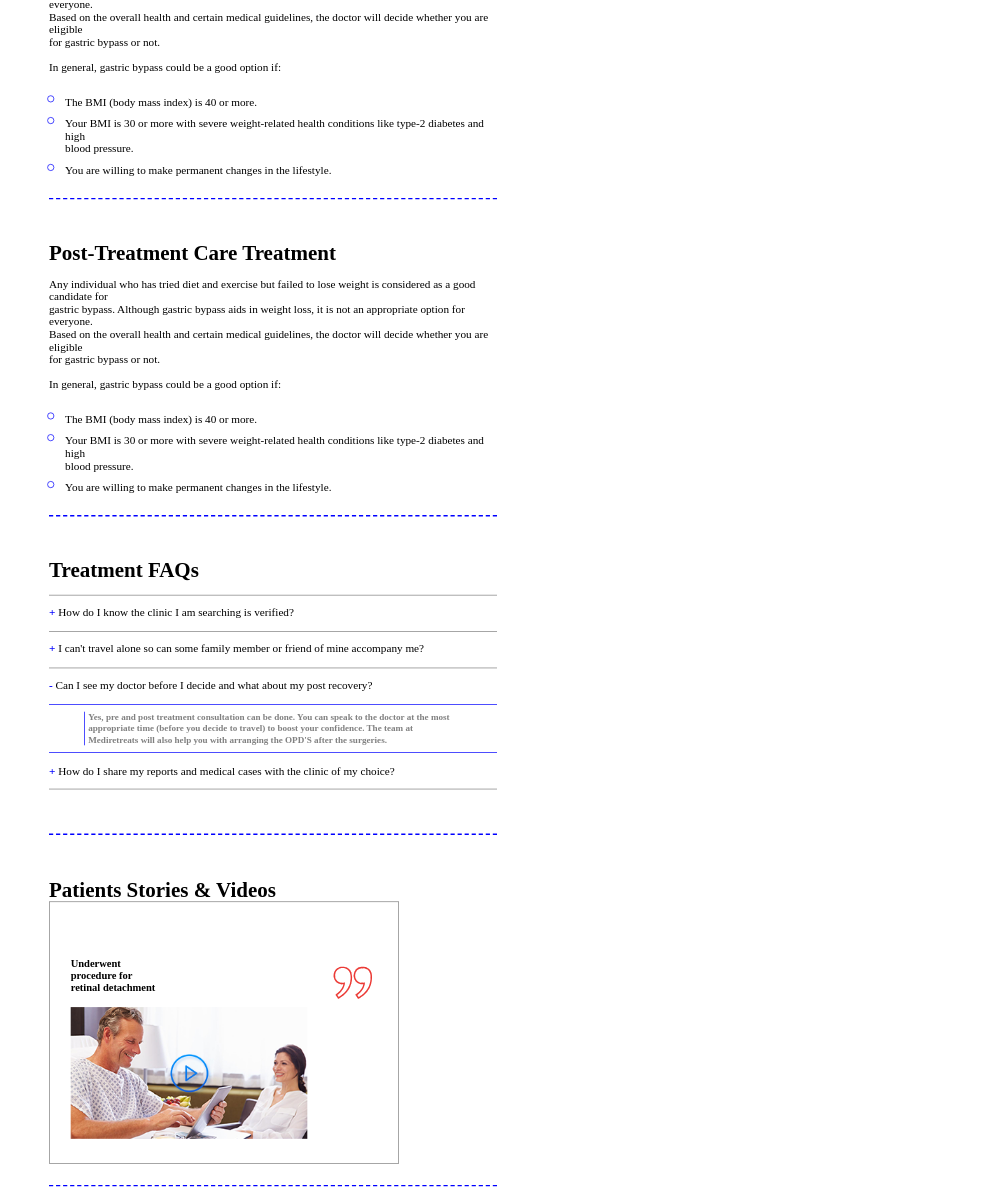
Repository: hetuk2005/webDevelopment
Page: Projects/Aafiya.html
An editor plug-in stored every save of this project. The page is shown before and after the next save, followed by the edit.
The browser window is 1280 px wide. The page is 1438 px wide, so the pictures cover 1438 px, including what lies to the right of the window. The pictures show the part of the page from y = 2864 to 4584 px (the page is 4569 px tall before and 4584 px after), at 70% of full size.

Above is the page before, as saved 2025-04-08 10:36:38.

### Projects/Aafiya.html
<!DOCTYPE html>
<html lang="en">

<head>
    <meta charset="UTF-8" />
    <meta name="viewport" content="width=device-width, initial-scale=1.0" />
    <title>Hetuk</title>
    <link rel="stylesheet" href="./CSS/Aafiya.css" />
</head>

<body>
    <nav>
        <div class="child1">
            <div class="images">
                <img src="./Images/Aafiya Logo.svg" alt="Aafiya Logo" class="img1" /><br />
                <img src="./Images/Logo 2.png" alt="Logo" class="img2" />
            </div>
            <div class="image_text">
                <div class="book_text">
                    <img src="./Images/Book.svg" alt="Book" class="img3" />
                    <div class="grid">
                        <br />
                        <p class="text">Second Medical Option</p>
                        <p class="text1">Book Consultation</p>
                    </div>
                </div>
                <div class="call_text">
                    <img src="./Images/Call.svg" alt="Call" class="img4" /><br />
                    <div class="grid">
                        <br />
                        <p class="text">Call Us On</p>
                        <p class="text1">985 896 2222</p>
                    </div>
                </div>
                <div class="mail_text">
                    <img src="./Images/Mail.png" alt="Mail" class="img5" />
                    <div class="grid">
                        <br />
                        <p class="text">Email Us On</p>
                        <p class="text1">info@mediretreats.com</p>
                    </div>
                </div>
                <div class="India">
                    <img src="./Images/India.svg" alt="India Flag" class="img6" />
                    <img src="./Images/Dropdown Arrow.svg" alt="Dropdown Arrow" class="img7" />
                </div>
            </div>
        </div>
        <div class="child2">
            <ul>
                <li>Home</li>
                <li>About Us</li>
                <li>Treatments +</li>
                <li>Destinations +</li>
                <li>Hospitals</li>
                <li>FAQs</li>
                <li>Blog</li>
                <li>Request A Quote</li>
            </ul>
            <input type="search" placeholder="Search" />
        </div>
    </nav>
    <div class="home_img">
        <div class="home_child">
            <p class="home_content">Home</p>
            <span> > </span>
            <p class="home_content">Treatments</p>
            <span> > </span>
            <p class="home_content">Orthopaedics</p>
            <span> > </span>
            <p class="home_content">Knee Replacement</p>
        </div>
        <br />
        <h3>Total Knee Replacement</h3>
        <p class="home_description">
            Total knee replacement is a surgery to remove and replace the whole<br /> damaged knee joint with an artificial joint.
        </p>
        <br />
        <button class="enquire_now">Enquire Now</button>
    </div>
    <div class="nav2">
        <ul>
            <li class="list">Overview</li>
            <li>Eligibility</li>
            <li>Preparation</li>
            <li>About Treatment</li>
            <li>Post-Treatment Care</li>
            <li>Recovery Tips</li>
            <li>FAQs</li>
            <li>Patients Stories</li>
        </ul>
    </div>
    <div class="treatment_overview">
        <div class="treatment_text">
            <h3>Treatment Overview</h3>
            <br />
            <p>
                Lorem ipsum dolor sit amet consectetur adipisicing elit.<br /> Earum, culpa vel debitis incidunt non quis.
            </p>
            <br />
            <p>
                Lorem ipsum dolor sit amet consectetur adipisicing elit.<br /> aliquam repudiandae, corporis consectetur dolorem eum.<br /> facilis quasi, praesentium inventore expedita quo hic.
            </p>
            <br />
            <p>
                Lorem ipsum dolor sit amet culpa vel debitis<br /> consectetur, adipisicing elit. Adipisci, nemo.
            </p>
            <br />
        </div>
        <div class="treatment_img">
            <img src="./Images/treatment_overview (1).jpg" alt="Image" />
        </div>
    </div>
    <div class="eligibility_for_treatment">
        <div class="eligibility_text">
            <h3>Eligibility For Treatment</h3>
            <br />
            <p>
                Any individual who has tried diet and exercise but failed to lose weight is considered as a good candidate for<br /> gastric bypass. Although gastric bypass aids in weight loss, it is not an appropriate option for everyone.<br /> Based
                on the overall health and certain medical guidelines, the doctor will decide whether you are eligible<br /> for gastric bypass or not.
            </p>
            <br />
            <p>In general, gastric bypass could be a good option if:</p>
            <br />
            <ul>
                <li>The BMI (body mass index) is 40 or more.</li>
                <li>
                    Your BMI is 30 or more with severe weight-related health conditions like type-2 diabetes and high<br /> blood pressure.
                </li>
                <li>You are willing to make permanent changes in the lifestyle.</li>
            </ul>
        </div>
        <br /><br /><br />
        <div class="eligibility_form">
            <h3>Need Help?</h3>
            <br />
            <p>
                Just let us know. We will be happy to<br /> assist you.
            </p>
            <br /><br />
            <form>
                <input type="text" placeholder="Full Name" /><br /><br />
                <input type="email" placeholder="Email" /><br /><br />
                <input type="tel" placeholder="Phone Number" /><br /><br />
                <input type="textarea" placeholder="Describe Your Treatment Requirement" class="textarea" /><br /><br />
                <button class="Enquiry">Send Enquiry</button>
            </form>
        </div>
    </div>
    <div class="preparation_of_treatment">
        <h3>Preparation Of Treatment</h3>
        <br />
        <p>
            Any individual who has tried diet and exercise but failed to lose weight is considered as a good candidate for<br /> gastric bypass. Although gastric bypass aids in weight loss, it is not an appropriate option for everyone.<br /> Based on
            the overall health and certain medical guidelines, the doctor will decide whether you are eligible<br /> for gastric bypass or not.
        </p>
        <br />
        <p>In general, gastric bypass could be a good option if:</p>
        <br />
        <ul>
            <li>The BMI (body mass index) is 40 or more.</li>
            <li>
                Your BMI is 30 or more with severe weight-related health conditions like type-2 diabetes and high<br /> blood pressure.
            </li>
            <li>You are willing to make permanent changes in the lifestyle.</li>
        </ul>
    </div>
    <div class="about_treatment">
        <h3>About Treatment</h3>
        <br />
        <p>
            Any individual who has tried diet and exercise but failed to lose weight is considered as a good candidate for<br /> gastric bypass. Although gastric bypass aids in weight loss, it is not an appropriate option for everyone.<br /> Based on
            the overall health and certain medical guidelines, the doctor will decide whether you are eligible<br /> for gastric bypass or not.
        </p>
        <br />
        <p>In general, gastric bypass could be a good option if:</p>
        <br />
        <ul>
            <li>The BMI (body mass index) is 40 or more.</li>
            <li>
                Your BMI is 30 or more with severe weight-related health conditions like type-2 diabetes and high<br /> blood pressure.
            </li>
            <li>You are willing to make permanent changes in the lifestyle.</li>
        </ul>
    </div>
    <div class="post_treatment">
        <h3>Post-Treatment Care Treatment</h3>
        <br />
        <p>
            Any individual who has tried diet and exercise but failed to lose weight is considered as a good candidate for<br /> gastric bypass. Although gastric bypass aids in weight loss, it is not an appropriate option for everyone.<br /> Based on
            the overall health and certain medical guidelines, the doctor will decide whether you are eligible<br /> for gastric bypass or not.
        </p>
        <br />
        <p>In general, gastric bypass could be a good option if:</p>
        <br />
        <ul>
            <li>The BMI (body mass index) is 40 or more.</li>
            <li>
                Your BMI is 30 or more with severe weight-related health conditions like type-2 diabetes and high<br /> blood pressure.
            </li>
            <li>You are willing to make permanent changes in the lifestyle.</li>
        </ul>
    </div>
    <div class="treatment_recovery">
        <h3>Post-Treatment Care Treatment</h3>
        <br />
        <p>
            Any individual who has tried diet and exercise but failed to lose weight is considered as a good candidate for<br /> gastric bypass. Although gastric bypass aids in weight loss, it is not an appropriate option for everyone.<br /> Based on
            the overall health and certain medical guidelines, the doctor will decide whether you are eligible<br /> for gastric bypass or not.
        </p>
        <br />
        <p>In general, gastric bypass could be a good option if:</p>
        <br />
        <ul>
            <li>The BMI (body mass index) is 40 or more.</li>
            <li>
                Your BMI is 30 or more with severe weight-related health conditions like type-2 diabetes and high<br /> blood pressure.
            </li>
            <li>You are willing to make permanent changes in the lifestyle.</li>
        </ul>
    </div>
    <div class="treatment_faqs">
        <h3>Treatment FAQs</h3>
        <br />
        <p>How do I know the clinic I am searching is verified?</p>
        <br />
        <p>
            I can't travel alone so can some family member or friend of mine accompany me?
        </p>
        <br />
        <p class="answered">
            Can I see my doctor before I decide and what about my post recovery?
        </p>
        <br />
        <p class="answer">
            <span class="left">
          Yes, pre and post treatment consultation can be done. You can speak to
          the doctor at the most<br />
          appropriate time (before you decide to travel) to boost your
          confidence. The team at<br />
          Mediretreats will also help you with arranging the OPD'S after the
          surgeries.
        </span>
        </p>
        <br />
        <a class="bottom">
        How do I share my reports and medical cases with the clinic of my
        choice?
      </a>
        <br />
    </div>
    <div class="patient_stories">
        <h3>Patients Stories & Videos</h3>
        <div class="stories_img">
            <div class="text1">
                <p class="stories_text">Underwent procedure for<br> retinal detachment</p>
                <br>
                <img src="./Images/Quotes.svg" alt="Quotes" class="quotes">
            </div>
            <img src="./Images/Patient_Stories.png" alt="Image Of Patient" class="patients" />
        </div>
    </div>
</body>

</html>

### Projects/CSS/Aafiya.css
* {
    margin: 0;
    padding: 0;
    box-sizing: border-box;
}

nav {
    width: 100%;
}

.child1 {
    display: flex;
    padding-top: 15px;
    gap: 20px;
    /* height: 50vh; */
    /* border: 1px solid black; */
    justify-content: space-evenly;
    align-items: center;
}

.img3,
.img4,
.img5 {
    height: 60px;
    width: 60px;
    padding-top: 10px;
    object-fit: contain;
}

.book_text,
.call_text,
.mail_text {
    display: flex;
    width: 250px;
    /* border: 1px solid red; */
    justify-content: center;
    padding-bottom: 15px;
}

.grid {
    display: grid;
    text-align: left;
    padding-left: 10px;
}

.img1 {
    height: 70px;
    width: 300px;
    object-fit: contain;
}

.img2 {
    height: 80px;
    width: 70px;
    object-fit: contain;
}

.image_text {
    display: flex;
    gap: 20px;
    padding-right: 50px;
}

.images {
    display: flex;
    gap: 25px;
    padding-left: 50px;
    justify-content: center;
    align-items: center;
}

.text1 {
    font-weight: bolder;
    font-size: 15px;
}

.text {
    font-weight: bold;
    color: gray;
    font-size: 15px;
}

.India {
    display: flex;
    padding-left: 5px;
    justify-content: center;
    gap: 8px;
}

.India>.img6 {
    height: 50px;
    /* width: 50px; */
    padding-top: 10px;
    object-fit: contain;
}

.India>.img7 {
    height: 40px;
    /* width: 40px; */
    padding-top: 23px;
    object-fit: contain;
}

.child2 {
    display: flex;
    padding-top: 10px;
    /* border: 1px solid black; */
    justify-content: space-evenly;
    align-items: center;
    color: white;
    padding-bottom: 10px;
    background-color: rgb(125, 163, 244);
}

.child2>ul {
    list-style-type: none;
    display: flex;
    gap: 60px;
    justify-content: center;
    font-weight: bold;
    align-items: center;
    font-size: larger;
    padding-right: 60px;
}

.child2>input {
    height: 45px;
    background-color: rgb(125, 163, 244);
    width: 200px;
    padding-left: 10px;
    font-weight: bold;
    border: 2px solid black;
}

.child2>input::placeholder {
    color: white;
    text-align: center;
    font-size: large;
    font-weight: bolder;
    opacity: 0.8;
}

.home_img {
    background-image: url(../Images/Main\ Image.jpg);
    background-position: center center;
    background-size: cover;
    background-repeat: no-repeat;
    padding: 80px 0;
    padding-left: 70px;
    position: relative;
    color: white;
}

.home_img>.home_child {
    display: flex;
    gap: 20px;
}

.home_img>.home_child>.home_content,
span {
    font-size: 20px;
    font-weight: bold;
}

.home_img>h3 {
    font-size: 37px;
    font-weight: bolder;
    margin-bottom: 15px;
}

.home_img>.home_description {
    font-size: 19px;
    margin-bottom: 25px;
    font-weight: bold;
}

.home_img>.home_child>span {
    color: red;
}

.home_img>.enquire_now {
    background-color: #1da1f2;
    font-weight: bold;
    color: white;
    font-size: 17px;
    width: 170px;
    height: 40px;
}

.nav2>ul {
    list-style-type: none;
    display: flex;
    gap: 50px;
    padding-left: 60px;
    padding-top: 25px;
    padding-bottom: 20px;
    border-bottom: 2px solid gray;
    font-size: larger;
    font-weight: 300;
}

.nav2>ul>.list:hover {
    text-decoration: underline;
}

.treatment_overview {
    display: flex;
    width: 100%;
    gap: 50px;
    margin-bottom: 10px;
    border-bottom: 2px dashed blue;
    margin-left: 70px;
}

.treatment_overview>.treatment_text {
    padding-top: 67px;
    padding-bottom: 50px;
}

.treatment_overview>.treatment_text>p {
    font-size: 25px;
    padding-bottom: 25px;
}

.treatment_overview>.treatment_text>h3 {
    font-weight: bold;
    font-size: 30px;
}

.treatment_overview>.treatment_img>img {
    height: 480px;
    width: 700px;
    padding-top: 40px;
    padding-bottom: 40px;
    object-fit: contain;
    margin-right: 70px;
}

.eligibility_for_treatment {
    display: flex;
    width: 100%;
    gap: 80px;
    padding-top: 50px;
    margin-left: 70px;
}

.eligibility_for_treatment>.eligibility_text {
    border-bottom: 2px dashed blue;
}

.eligibility_for_treatment>.eligibility_text>h3 {
    font-size: 30px;
    font-weight: bold;
}

.eligibility_for_treatment>.eligibility_text>ul {
    list-style-type: circle;
    padding-left: 23px;
}

.eligibility_for_treatment>.eligibility_text>ul>li::marker {
    color: blue;
    font-size: 30px;
    font-weight: bold;
}

.eligibility_for_treatment>.eligibility_form>h3 {
    font-size: 35px;
    color: blue;
    font-weight: bold;
    font-style: italic;
}

.eligibility_form {
    box-shadow: 0 0 10px rgba(0, 0, 0, 0.4);
    border-radius: 7px;
    padding: 20px;
}

.eligibility_for_treatment>.eligibility_form>p {
    font-size: 20px;
}

.eligibility_for_treatment>.eligibility_form>form>input {
    height: 40px;
    width: 300px;
    gap: 20px;
    border: 2px solid black;
    border-radius: 7px;
}

.eligibility_for_treatment>.eligibility_form>form>input::placeholder {
    color: gray;
    padding-left: 15px;
}

.eligibility_for_treatment>.eligibility_form>form>.textarea {
    height: 100px;
    width: 300px;
    border: 2px solid black;
    border-radius: 7px;
}


/*.eligibility_for_treatment>.eligibility_form>form>.textarea::placeholder {
    padding-bottom: 70px;
}*/

.eligibility_for_treatment>.eligibility_form>form>button {
    background: linear-gradient(to right, #00aaff, #66ccff);
    color: white;
    width: 100%;
    border-radius: 7px;
    border: none;
    height: 45px;
}

.preparation_of_treatment>h3 {
    font-size: 30px;
    font-weight: bold;
}

.preparation_of_treatment {
    border-bottom: 2px dashed blue;
    margin-bottom: 10px;
    padding-bottom: 30px;
    gap: 50px;
    padding-top: 50px;
    margin-left: 70px;
    width: 50%;
}

.preparation_of_treatment>ul {
    list-style-type: circle;
    padding-left: 23px;
}

.preparation_of_treatment>ul>li::marker {
    color: blue;
    font-size: 30px;
    font-weight: bold;
}

.about_treatment {
    border-bottom: 2px dashed blue;
    margin-bottom: 10px;
    padding-bottom: 30px;
    gap: 50px;
    padding-top: 50px;
    margin-left: 70px;
    width: 50%;
}

.about_treatment>ul {
    list-style-type: circle;
    padding-left: 23px;
}

.about_treatment>ul>li::marker {
    color: blue;
    font-size: 30px;
    font-weight: bold;
}

.about_treatment>h3 {
    font-size: 30px;
    font-weight: bold;
}

.post_treatment {
    border-bottom: 2px dashed blue;
    margin-bottom: 10px;
    padding-bottom: 30px;
    gap: 50px;
    padding-top: 50px;
    margin-left: 70px;
    width: 50%;
}

.post_treatment>ul {
    list-style-type: circle;
    padding-left: 23px;
}

.post_treatment>ul>li::marker {
    color: blue;
    font-size: 30px;
    font-weight: bold;
}

.post_treatment>h3 {
    font-size: 30px;
    font-weight: bold;
}

.treatment_recovery {
    border-bottom: 2px dashed blue;
    margin-bottom: 10px;
    padding-bottom: 30px;
    gap: 50px;
    padding-top: 50px;
    margin-left: 70px;
    width: 50%;
}

.treatment_recovery>ul {
    list-style-type: circle;
    padding-left: 23px;
}

.treatment_recovery>ul>li::marker {
    color: blue;
    font-size: 30px;
    font-weight: bold;
}

.treatment_recovery>h3 {
    font-size: 30px;
    font-weight: bold;
}

.treatment_faqs>h3 {
    font-size: 30px;
    font-weight: bold;
}

.treatment_faqs {
    border-bottom: 2px dashed blue;
    padding-bottom: 45px;
    margin-bottom: 11px;
    gap: 50px;
    padding-top: 50px;
    margin-left: 70px;
    width: 50%;
}

.treatment_faqs>p {
    border-top: 1px solid gray;
    padding-top: 15px;
    counter-reset: value;
}

.treatment_faqs>p::before {
    counter-increment: value;
    content: "+  ";
    font-weight: bold;
    color: blue;
}

.treatment_faqs>.answered {
    counter-reset: value;
}

.treatment_faqs>.answered::before {
    counter-increment: value;
    content: "-  ";
    color: blue;
}

.treatment_faqs>.bottom {
    border-bottom: 1px solid gray;
    display: block;
    padding-bottom: 15px;
    counter-reset: value;
}

.treatment_faqs>.bottom::before {
    counter-increment: value;
    content: "+  ";
    font-weight: bold;
    color: blue;
}

.treatment_faqs>.answer {
    border-top: 1px solid blue;
    border-bottom: 1px solid blue;
    padding-left: 50px;
    padding-top: 10px;
    padding-bottom: 10px;
    counter-reset: value;
}

.treatment_faqs>.answer::before {
    counter-increment: value;
    content: "";
    color: blue;
}

.treatment_faqs>.answer>.left {
    border-left: 1px solid blue;
    display: block;
    font-size: small;
    padding-left: 5px;
    color: gray;
}

.patient_stories {
    border-bottom: 2px dashed blue;
    margin-bottom: 10px;
    padding-bottom: 30px;
    gap: 50px;
    padding-top: 50px;
    margin-left: 70px;
    width: 50%;
}

.patient_stories>h3 {
    font-size: 30px;
    font-weight: bold;
}

.patient_stories>.stories_img {
    border: 1px solid gray;
    width: 500px;
    padding: 30px;
}

.patient_stories>.stories_img>.text1 {
    display: flex;
    gap: 20px;
    margin-top: 50px;
}

.patient_stories>.stories_img>.text1>.quotes {
    height: 70px;
    width: 70px;
    margin-left: 200px;
    object-fit: contain;
}

After the next save:
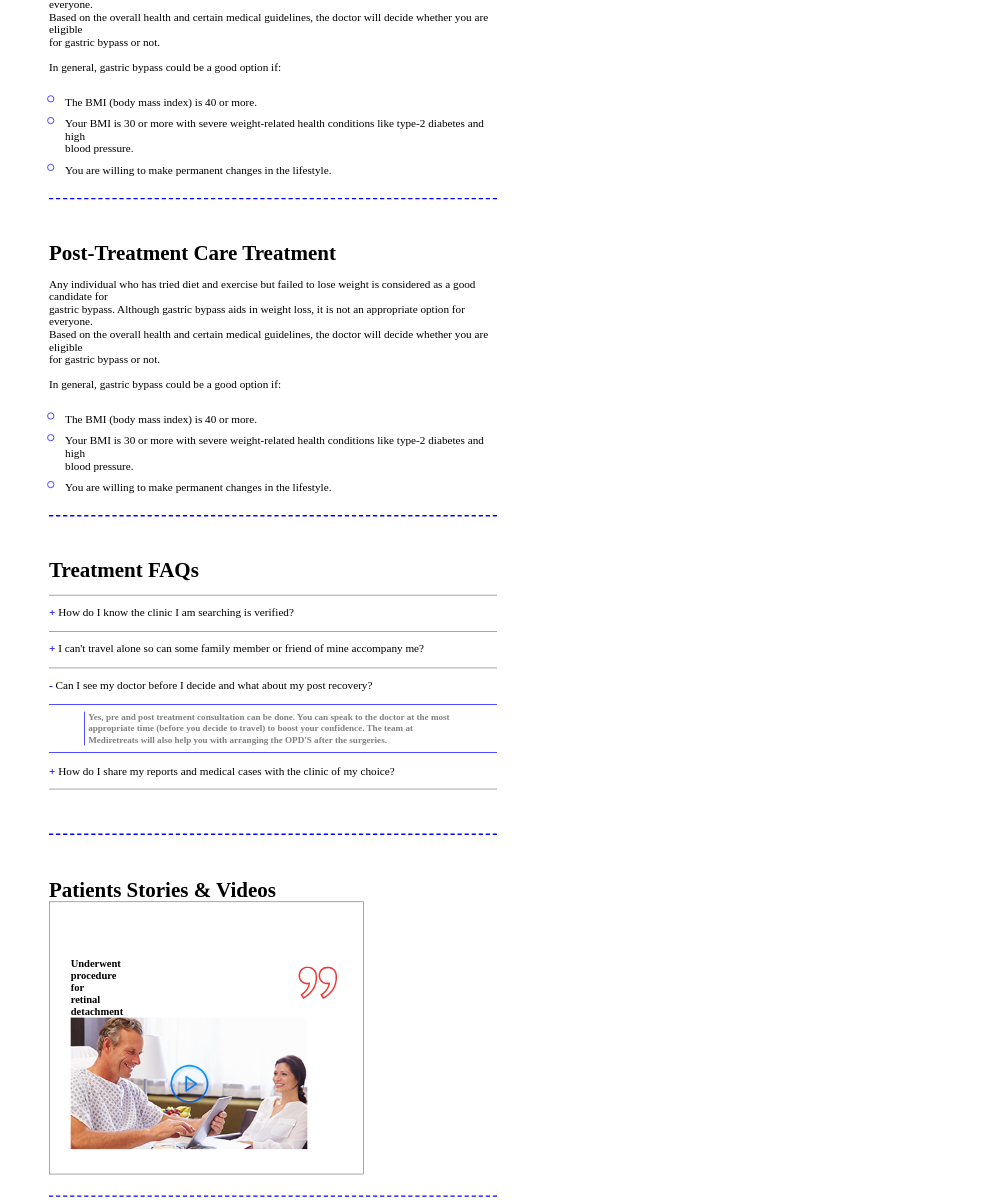
Saved 13 s later.
--- a/Projects/CSS/Aafiya.css
+++ b/Projects/CSS/Aafiya.css
@@ -511,7 +511,7 @@ span {
 
 .patient_stories>.stories_img {
     border: 1px solid gray;
-    width: 500px;
+    width: 450px;
     padding: 30px;
 }
 
